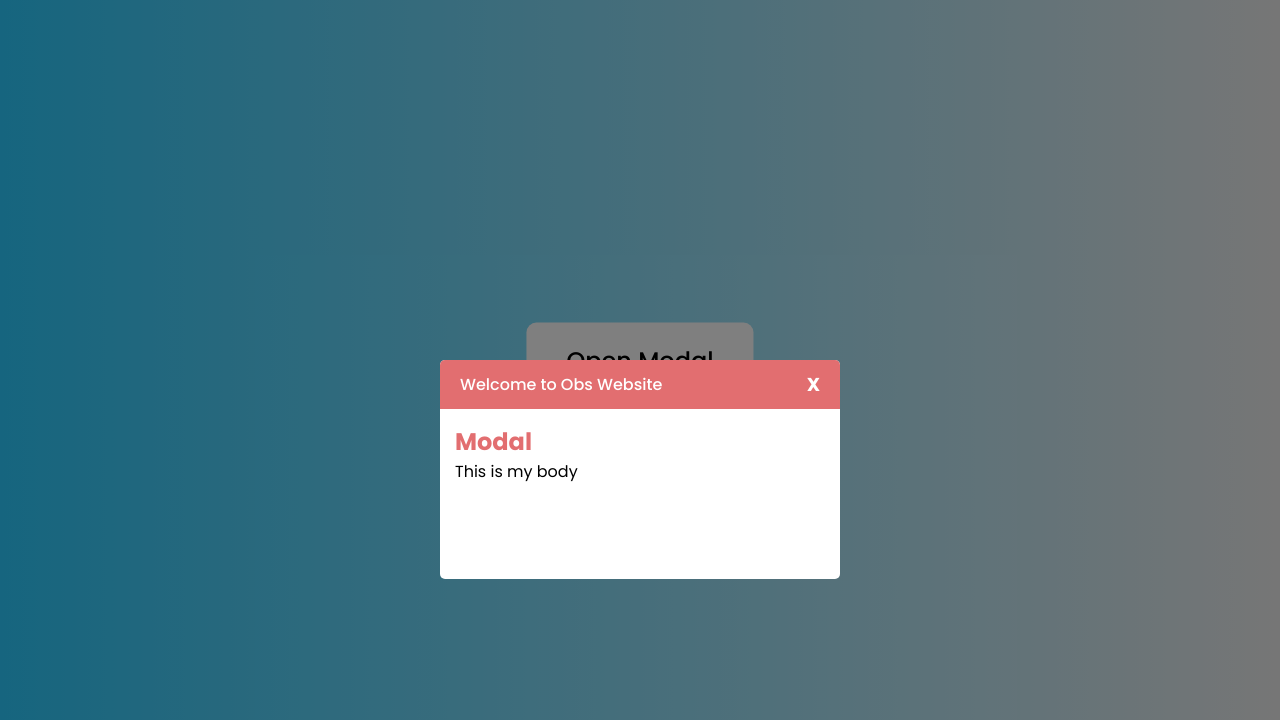
Repository: lausamtuong/Modal_card
Page: index.html
These files come from the project's save history. The page is drawn as it stood at one moment and after a run of saves; the edit follows.
The browser window is 1280 px wide. The pictures show the whole page.
The style sheet was rebuilt from its Sass, Less or Tailwind sources for each picture, by a compiler version that may differ from the author's.

Above is the page before, as saved 2021-12-15 07:03:07.

### index.html
<!DOCTYPE html>
<html lang="en">
<head>
    <meta charset="UTF-8">
    <meta http-equiv="X-UA-Compatible" content="IE=edge">
    <meta name="viewport" content="width=device-width, initial-scale=1.0">
    <link rel="stylesheet" href="style.css">
    <link href="https://fonts.googleapis.com/css2?family=Poppins:wght@400;500;700&display=swap" rel="stylesheet">
    <title>Document</title>
</head>
<body>
    <button class="open__btn">Open Modal</button>
    <div class="modal">
        <div class="modal__inner">
            <div class="modal__header">
                <p>Welcome to Obs Website</p>
                <h3>X</h3>
            </div>
            <div class="modal__body">
                <h2>Modal</h2>
                <p>This is my body</p>
            </div>
            <div class="modal__footer">
                <button class="modal__close-btn">Close</button>
            </div>
        </div>
    </div>
</body>
</html>

### style.scss
*{
    margin: 0;
    padding: 0;
    box-sizing: border-box;
    font-family: 'Poppins', sans-serif;
}
:root{
    --primary-color:#e26e70;
}
body{
    height: 100vh;
    background:  linear-gradient( to right,#2cccff ,#eee );;
}
.open__btn{
     position: relative;;
   top:50%;
   left:50%;
   transform: translate(-50%,-50%);
   outline: none;
   border: none;
   padding : 20px 40px;
   font-weight: 500;
   font-size: 1.5rem;
   border-radius: 10px;
   background-color:#fff;
   &:hover{
      opacity: 0.7;
       cursor: pointer;
       transition: 0.5s;
   }
}
.modal{
    background-color: rgba(0,0,0,0.5);
    position:fixed;
    top:0;
    height: 100vh;
    width:100vw;
    &__inner{
        position:relative;
        width:400px;
        top:50%;
        margin : auto;
        background-color: #fff;
        border-radius: 5px;
        overflow:hidden;
    }
    &__header{
        display: flex;
        justify-content: space-between;
        align-items: center;
        background-color:var(--primary-color);
        padding:10px 20px;
        font-weight: 500;
        font-size: 1rem;
        color:#fff;
    }
    &__body{
        h2{
            color:var(--primary-color);
            font-weight: 700;
            font-size: 1.5rem;
            padding: 15px 15px 0 15px;
        }
        p{
            padding :0 15px 15px 15px;
        }

    }
    &__footer{
        button{
        position:relative;
        outline: none;
        border: none;
        background-color: var(--primary-color);
        padding:10px 20px;
        margin: 20px;
        border-radius: 5px;
        left:100%;
        }
    }
}

After the next 2 saves:
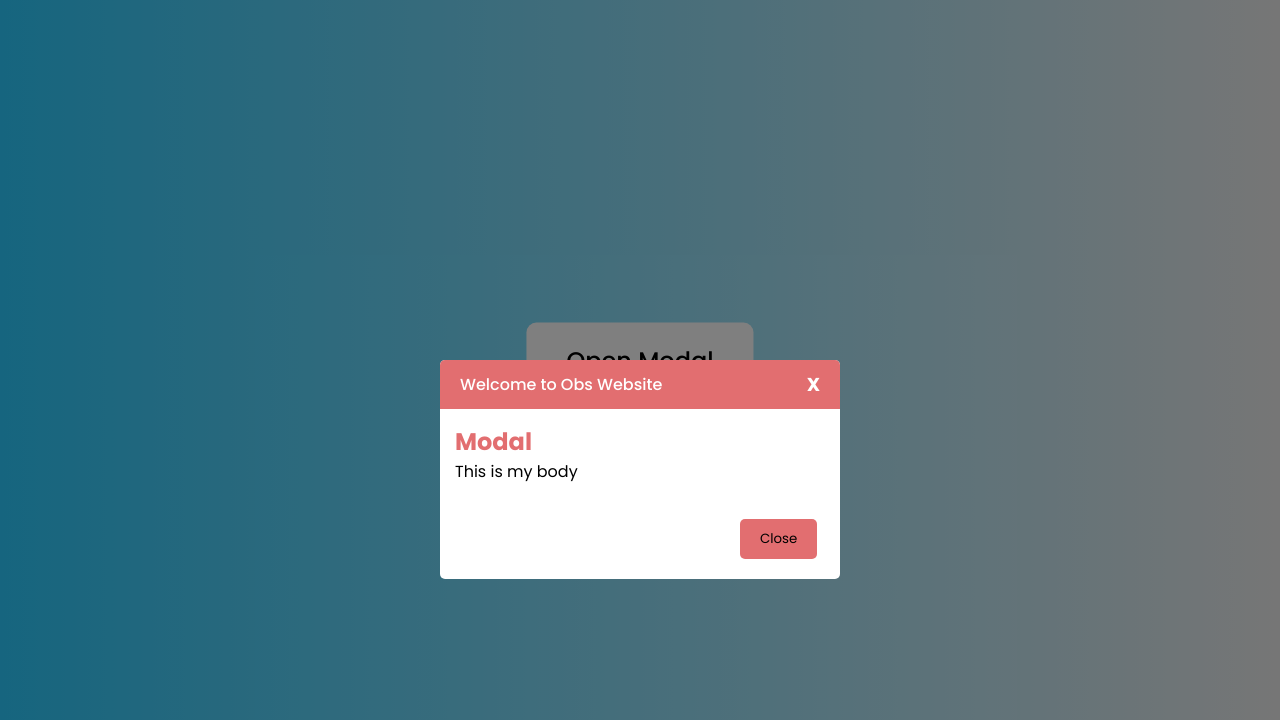
The 2 saves are shown as one change because they came seconds apart.
The last was saved 9 s later.
--- a/style.scss
+++ b/style.scss
@@ -75,7 +75,7 @@ body{
         padding:10px 20px;
         margin: 20px;
         border-radius: 5px;
-        left:100%;
+        left:70%;
         }
     }
 }
